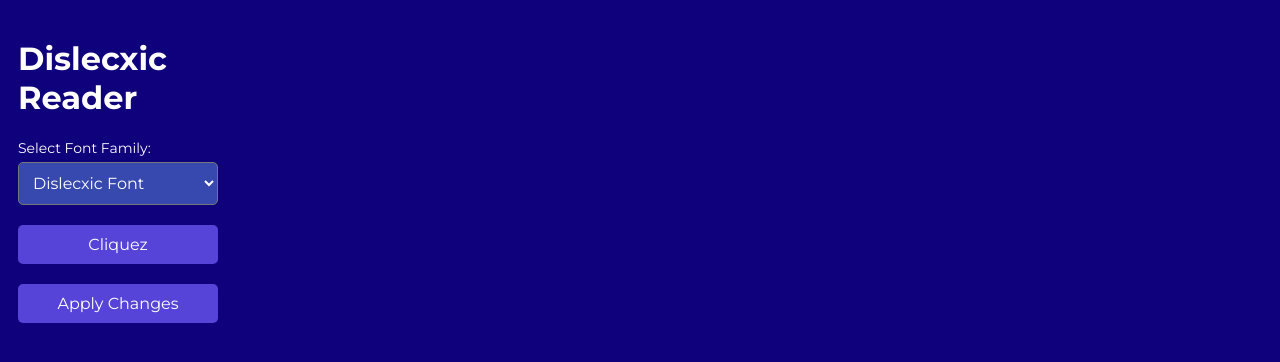
Repository: adatechschool/extension-navigateur-extension_walid_eliana_imelda
Page: Extention 3/popup.html
An editor plug-in stored every save of this project. The page is shown before and after the next save, followed by the edit.
The browser window is 1280 px wide. The pictures show the whole page.

Above is the page before, as saved 2024-01-16 23:28:06.

### Extention 3/popup.html
<!-- popup.html -->
<!DOCTYPE html>
<html>
<head>
  <link rel="stylesheet" type="text/css" href="popup.css">
  <script type="module" src="popup.js"></script>

  <link rel="preconnect" href="https://fonts.googleapis.com">
  <link rel="preconnect" href="https://fonts.gstatic.com" crossorigin>
  <link href="https://fonts.googleapis.com/css2?family=Montserrat:wght@400;700&display=swap" rel="stylesheet">

</head>

<body>

    <h1> Dislecxic Reader </h1>

  <label for="font-family">Select Font Family:</label>

  <select id="font-family">

    <option value= "Rockwell">Dislecxic Font</option>
    <option value="Rockwell-bold">bold-letters</option>

    <option value="Rockwell"> Le deux</option>
    <!-- Add more font options as needed -->
  </select>

 <!-- walid -->
  <button id="toggleButton">Cliquez</button>
 <!-- walid -->
  <button id="apply-button">Apply Changes</button>
</body>
</html>

### Extention 3/popup.css
body {
    width: 200px;
    padding: 10px;
    background-color: #0f007c;
    border-radius: 5px;

  }

  label {
    font-family: Montserrat;
    display: block;
    margin-bottom: 5px;
    font-size: 14px;
   color : white;
  }

  select, button {
    width: 100%;
    margin-bottom: 20px;
    padding: 10px;
    font-size: 16px;
    background-color:#3749ae;
    border-radius: 5px;
    font-family: Montserrat;
    color : white;

  }

  button {
    background-color: #5544d7;
    border: 5px;
    cursor: pointer;

  }

  button:hover {
    background-color: #357ae8;
  }
  h1 {
    color:white;
    font-family: Montserrat;
  }


  #font-family{
    font-family: Montserrat;
  }

### Extention 3/popup.js

document.addEventListener('DOMContentLoaded', function() {
  let applyButton = document.getElementById('apply-button');
  let fontFamilySelect = document.getElementById('font-family');


  applyButton.addEventListener('click', function() {
    let selectedFontFamily = fontFamilySelect.value;
    chrome.tabs.query({ active: true, currentWindow: true }, function(tabs) {
      chrome.tabs.sendMessage(tabs[0].id, { action: 'applyChanges', selectedFontFamily: selectedFontFamily });
    });
  });
});

After the next save:
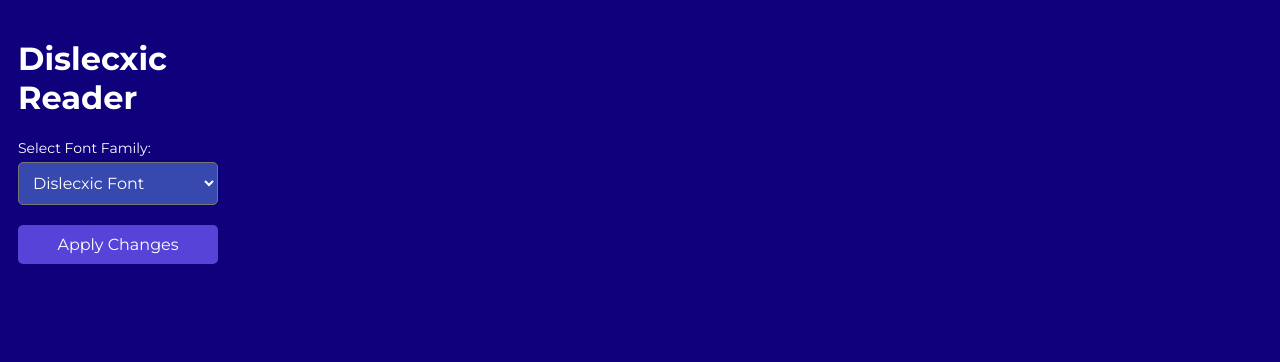
Saved 3 s later.
--- a/Extention 3/popup.html
+++ b/Extention 3/popup.html
@@ -26,9 +26,6 @@
     <!-- Add more font options as needed -->
   </select>
 
- <!-- walid -->
-  <button id="toggleButton">Cliquez</button>
- <!-- walid -->
   <button id="apply-button">Apply Changes</button>
 </body>
 </html>
